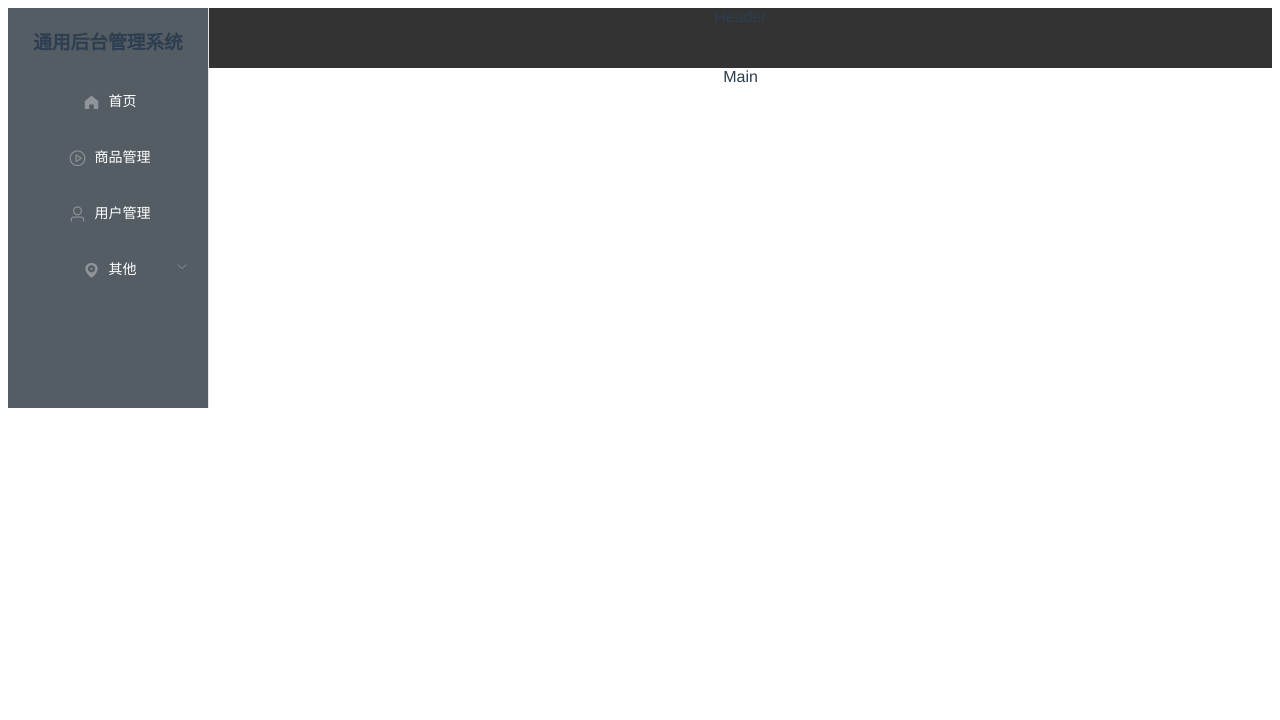
Repository: 385841539/VueStudy
Page: / (app in vue_cli/)
An editor plug-in stored every save of this project. The page is shown before and after the next save, followed by the edit.
The browser window is 1280 px wide. The pictures show the whole page.
The project was rebuilt for these pictures with package versions that can differ from the ones it lists, and the page was loaded fresh each time. Also part of the build but not shown: vue_cli/vue.config.js.

Above is the page before, as saved 2022-01-12 16:43:26.

After the next save:
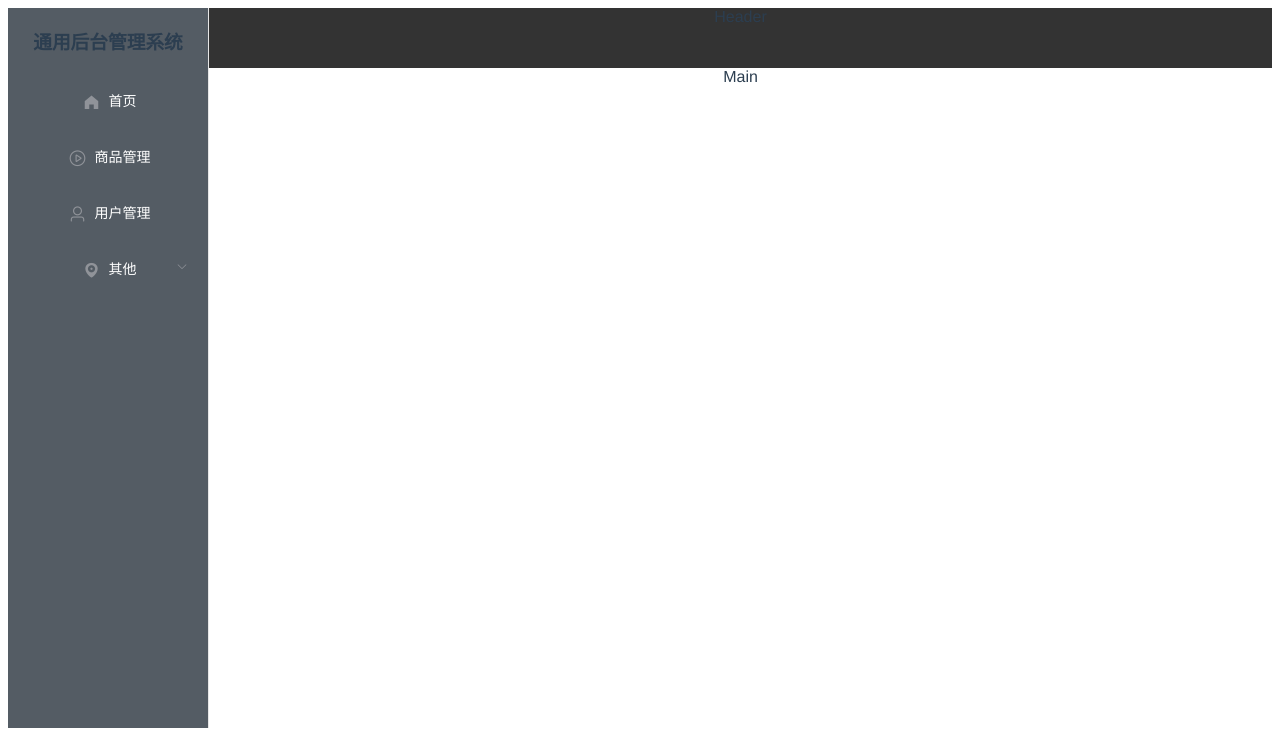
Saved 45 s later.
--- a/vue_cli/src/views/Main.vue
+++ b/vue_cli/src/views/Main.vue
@@ -1,6 +1,6 @@
 <template>
-  <el-container style="height: 100%">
-    <el-aside width="auto" style="height: 100%">
+  <el-container style="height: 100vh">
+    <el-aside width="auto">
       <CommonAside></CommonAside>
     </el-aside>
     <el-container>
